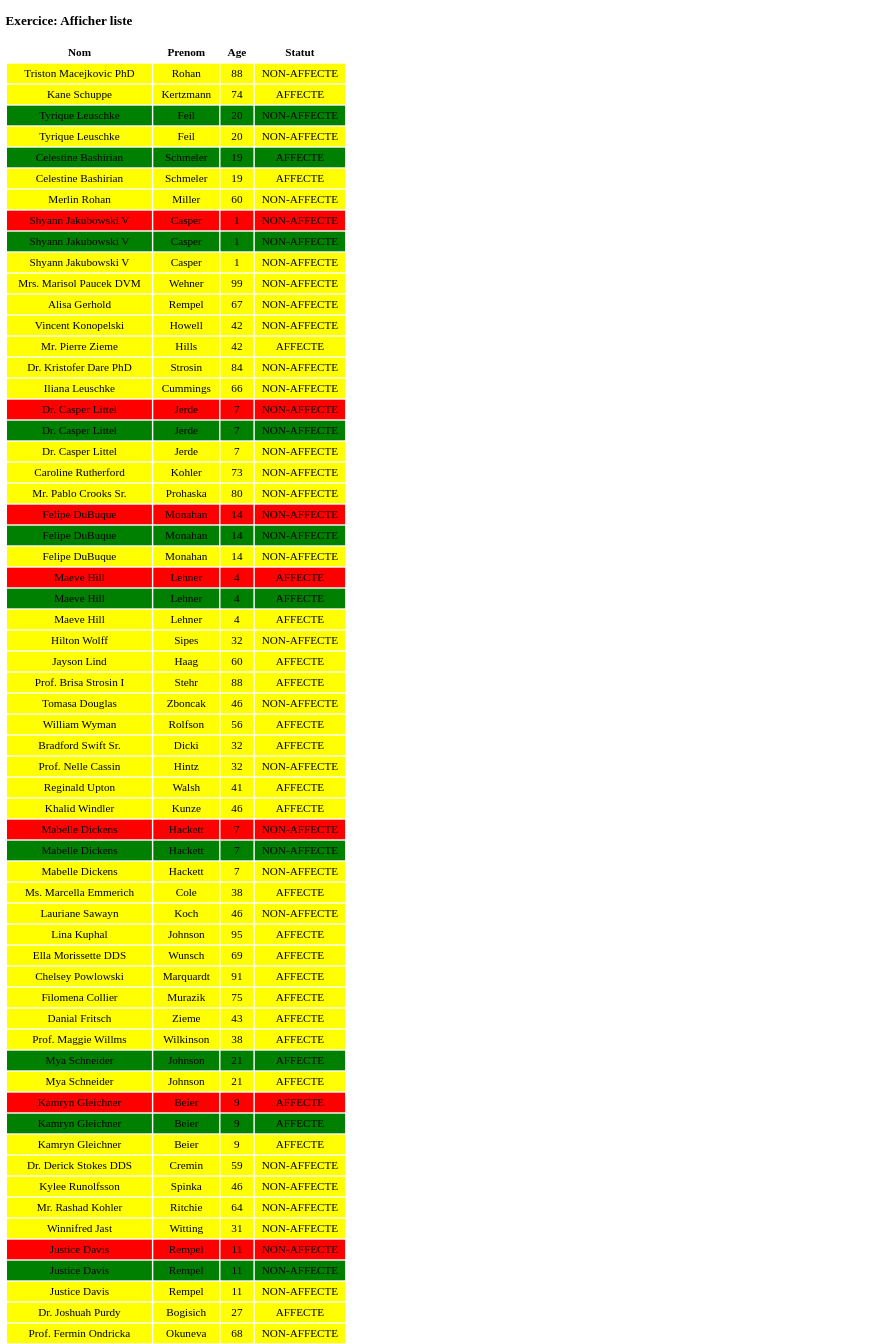
Repository: Bfabien99/PHPREPO
Page: http://localhost/
The author's editor kept a copy of each file at every save. The page is drawn from the files as they stood at one save, then again after the next save.
The browser window is 1280 px wide. The pictures show the part of the page from y = 0 to 1920 px (the page is 4029 px tall before and 2499 px after), at 70% of full size.
The page is run by PHP 8.4 with error messages shown; the project is at /var/www/html/.

Above is the page before, as saved 2021-12-10 10:44:08.

### MakeFakeData/src/index.php
<?php
require_once '../vendor/autoload.php';


$faker = Faker\Factory::create();
$i = 0;
$list = [];

while($i<= 100) {

	$person = [];
	$person["nom"] = $faker->name;
	$person["prenom"] = $faker->lastName;
	$person["age"] = $faker->numberBetween($min=1,$max=99);
	$person["statut"] = $faker->randomElement(["AFFECTE","NON-AFFECTE"]);
	$list[] = $person;
	$i++;
}
?>
<!DOCTYPE html>
<html lang="en">
<head>
    <meta charset="UTF-8">
    <meta http-equiv="X-UA-Compatible" content="IE=edge">
    <meta name="viewport" content="width=device-width, initial-scale=1.0">
    <title>Document</title>
    <style>
        thead{
            font-weight:bold;
        }

        td{
            padding:5px 10px;
            text-align:center;
        }

        td.red{
            background-color:red;
        }
        td.green{
            background-color: green;
        }
        td.yellow{
            background-color:yellow;
        }
    </style>
</head>
<body>
    <?php
        echo "<h3>Exercice: Afficher liste</h3>";
        $id;
        // $i=0;
        echo"<table><thead><tr><td>Nom</td><td>Prenom</td><td>Age</td><td>Statut</td></tr></thead>";
        echo"<tbody>";
        foreach ($list as $key=>$value) {
            // if($value["statut"]!="NON-AFFECTE"){
            // echo"<tr>";
            // echo "<td>".$value["nom"]."</td>";
            // echo "<td>".$value["prenom"]."</td>";
            // echo "<td>".$value["age"]."</td>";
            // echo "<td>".$value["statut"]."</td>";
            // echo"</tr>";
            // }
            switch ($value["age"]) {
                case $value["age"]<18:
                    echo '<tr><td class="red">'.$value["nom"].'</td>
                    <td class="red">'.$value["prenom"].'</td>
                    <td class="red">'.$value["age"].'</td>
                    <td class="red">'.$value["statut"].'</td>
                    </tr>';

                case $value["age"]>18 && $value["age"]<25:
                    echo '<tr><td class="green">'.$value["nom"].'</td>
                    <td class="green">'.$value["prenom"].'</td>
                    <td class="green">'.$value["age"].'</td>
                    <td class="green">'.$value["statut"].'</td>
                    </tr>';

                case $value["age"] > 25:
                    echo '<tr><td class="yellow">'.$value["nom"].'</td>
                    <td class="yellow">'.$value["prenom"].'</td>
                    <td class="yellow">'.$value["age"].'</td>
                    <td class="yellow">'.$value["statut"].'</td>
                    </tr>';
                    # code...
                    break;

                default:
                    # code...
                    break;
            }
            # code...
        }


        echo"</tbody></table>";
    ?>
</body>
</html>

After the next save:
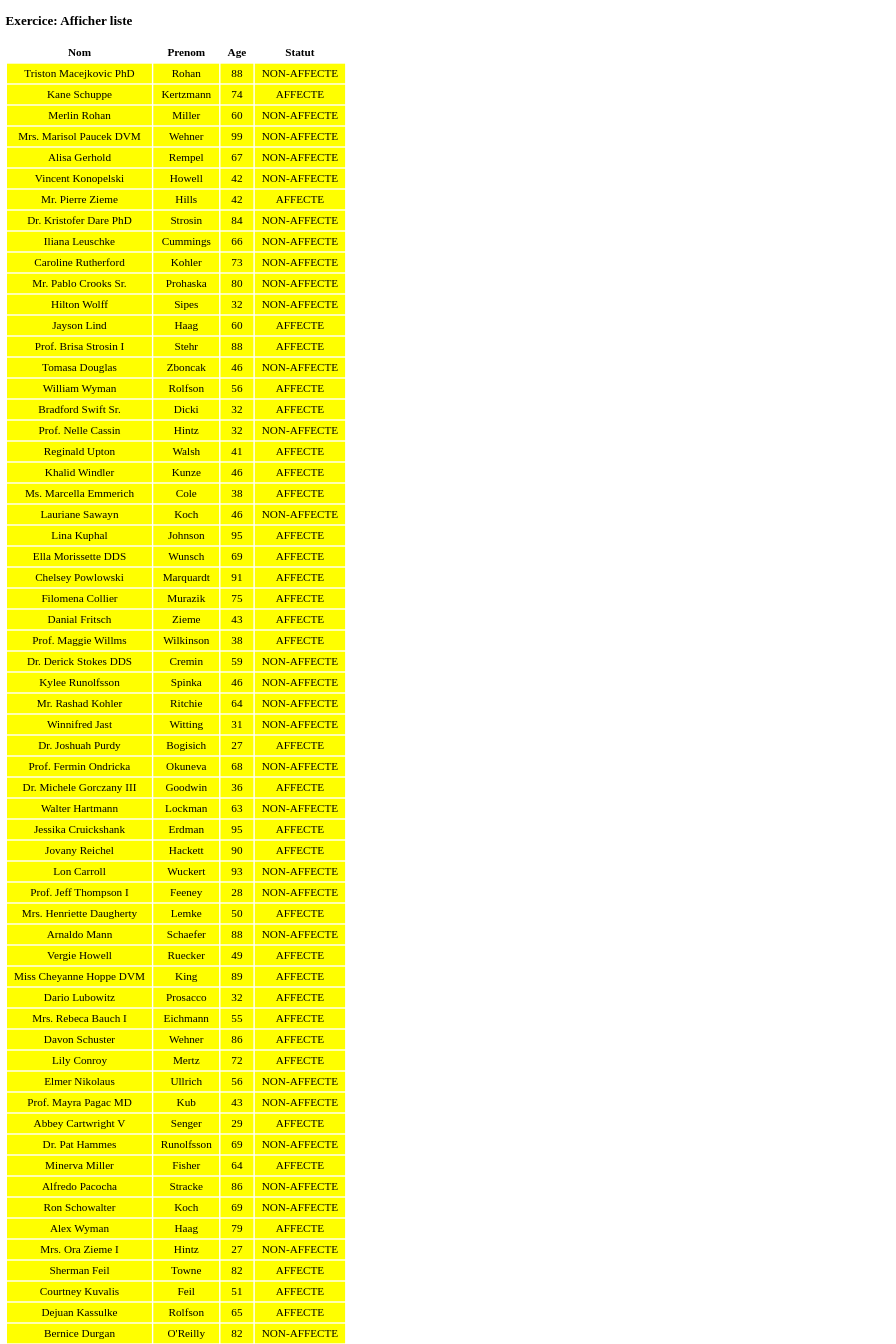
Saved 7 s later.
--- a/MakeFakeData/src/index.php
+++ b/MakeFakeData/src/index.php
@@ -62,19 +62,19 @@
             // echo"</tr>";
             // }
             switch ($value["age"]) {
-                case $value["age"]<18:
-                    echo '<tr><td class="red">'.$value["nom"].'</td>
-                    <td class="red">'.$value["prenom"].'</td>
-                    <td class="red">'.$value["age"].'</td>
-                    <td class="red">'.$value["statut"].'</td>
-                    </tr>';
+                // case $value["age"]<18:
+                //     echo '<tr><td class="red">'.$value["nom"].'</td>
+                //     <td class="red">'.$value["prenom"].'</td>
+                //     <td class="red">'.$value["age"].'</td>
+                //     <td class="red">'.$value["statut"].'</td>
+                //     </tr>';
 
-                case $value["age"]>18 && $value["age"]<25:
-                    echo '<tr><td class="green">'.$value["nom"].'</td>
-                    <td class="green">'.$value["prenom"].'</td>
-                    <td class="green">'.$value["age"].'</td>
-                    <td class="green">'.$value["statut"].'</td>
-                    </tr>';
+                // case $value["age"]>18 && $value["age"]<25:
+                //     echo '<tr><td class="green">'.$value["nom"].'</td>
+                //     <td class="green">'.$value["prenom"].'</td>
+                //     <td class="green">'.$value["age"].'</td>
+                //     <td class="green">'.$value["statut"].'</td>
+                //     </tr>';
 
                 case $value["age"] > 25:
                     echo '<tr><td class="yellow">'.$value["nom"].'</td>

After the save that followed:
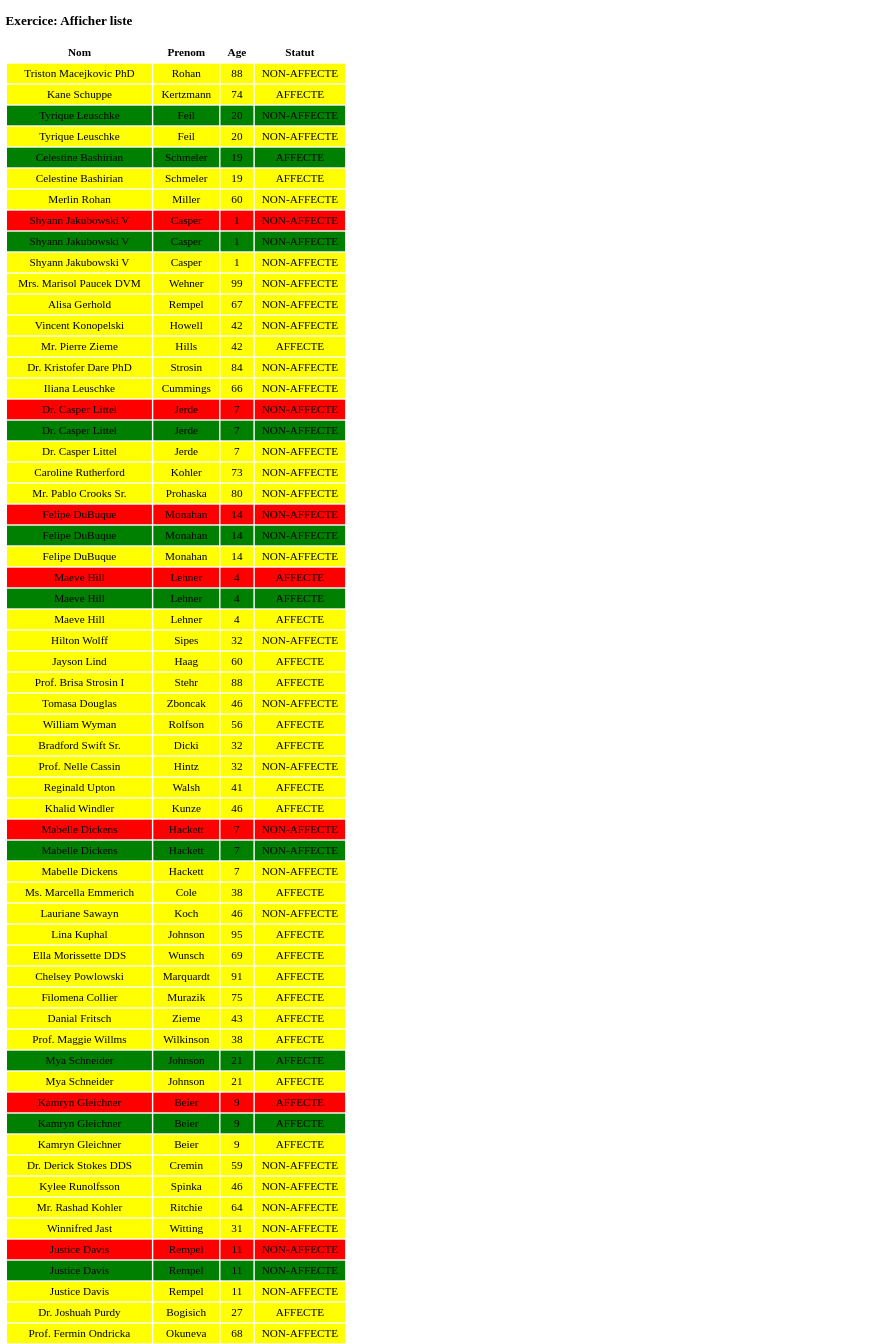
Saved 34 s later.
--- a/MakeFakeData/src/index.php
+++ b/MakeFakeData/src/index.php
@@ -62,19 +62,19 @@
             // echo"</tr>";
             // }
             switch ($value["age"]) {
-                // case $value["age"]<18:
-                //     echo '<tr><td class="red">'.$value["nom"].'</td>
-                //     <td class="red">'.$value["prenom"].'</td>
-                //     <td class="red">'.$value["age"].'</td>
-                //     <td class="red">'.$value["statut"].'</td>
-                //     </tr>';
+                case $value["age"]<18:
+                    echo '<tr><td class="red">'.$value["nom"].'</td>
+                    <td class="red">'.$value["prenom"].'</td>
+                    <td class="red">'.$value["age"].'</td>
+                    <td class="red">'.$value["statut"].'</td>
+                    </tr>';
 
-                // case $value["age"]>18 && $value["age"]<25:
-                //     echo '<tr><td class="green">'.$value["nom"].'</td>
-                //     <td class="green">'.$value["prenom"].'</td>
-                //     <td class="green">'.$value["age"].'</td>
-                //     <td class="green">'.$value["statut"].'</td>
-                //     </tr>';
+                case $value["age"]>18 && $value["age"]<25:
+                    echo '<tr><td class="green">'.$value["nom"].'</td>
+                    <td class="green">'.$value["prenom"].'</td>
+                    <td class="green">'.$value["age"].'</td>
+                    <td class="green">'.$value["statut"].'</td>
+                    </tr>';
 
                 case $value["age"] > 25:
                     echo '<tr><td class="yellow">'.$value["nom"].'</td>
